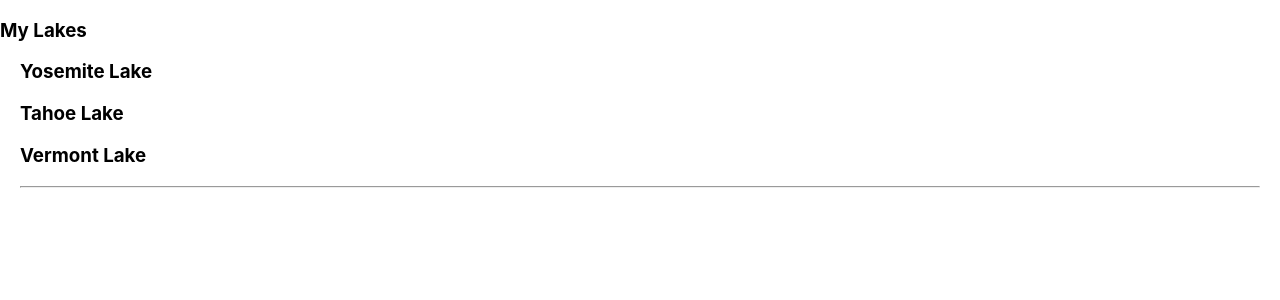
Repository: CaptainStorm21/intro-react-hooks
Page: /
These files come from the project's save history. The page is drawn as it stood at one moment and after the next save; the edit follows.
The browser window is 1280 px wide. The pictures show the whole page.
The project was rebuilt for these pictures with package versions that can differ from the ones it lists, and the page was loaded fresh each time.

Above is the page before, as saved 2020-05-25 22:10:29.

### src/index.js
import React from "react";
import ReactDOM from "react-dom";
import "./index.css";

const nationalPark = [
  "Yosemite",
  "Sequioa",
  "Montana"
];

function Lake({name}) {
  return <h3>{name}</h3>
}

function App() {
  return (
    <div>
      <h3>My Lakes</h3>
      <div className = "lakestyle">
      <Lake  name="Yosemite Lake" />
      <Lake name="Tahoe Lake" />
        <Lake name="Vermont Lake" />
        <hr></hr>
        <h3></h3>
      </div>
    </div>
  );
}



// function Hello({ library, message, books }) {
//   return (
//     <div>
//       <h1>Hello {library}</h1>
//       <h4>books avail to rent {books}</h4>
//       <h5>Hours: {message}</h5>
//     </div>
//   )
// }


// function Hello(props) {
//   console.log(props);
//   console.log(Object.keys(props));
//   return (
//     <div>
//       <h1>Hello from {props.library}</h1>
//       <h3>{props.message}</h3>
//       <h4> books available to rent - {props.books}</h4>
//       <h5>Props used - {Object.keys(props).length}</h5>
//     </div>
//   )
// }

// function Hello() {
//   return (
//     <div>
//       <p> rendering is happening </p>
//       <h1>Hello world!</h1>
//     </div>
//   )
// }
ReactDOM.render(
  //  React.createElement("h1", null, "Hello"),
  // React.createElement("h1", { style: { color: "red" } }, "Hello"),
  // React.createElement("div", { style: { color: "blue" } },
  // React.createElement("h1", null, "Morning")  ),
  // <ul>
  //   <li>Pizza</li>
  //   <li>Sushi</li>
  // </ul>,
  // /* <Hello></Hello>, */
  // <Hello library="Washington Library" message="Open for all " books={10}/>,
  <App lakes={nationalPark} />,
  document.getElementById("root")
);

### src/index.css
body {
  margin: 0;
  font-family: -apple-system, BlinkMacSystemFont, 'Segoe UI', 'Roboto', 'Oxygen',
    'Ubuntu', 'Cantarell', 'Fira Sans', 'Droid Sans', 'Helvetica Neue',
    sans-serif;
  -webkit-font-smoothing: antialiased;
  -moz-osx-font-smoothing: grayscale;
}

code {
  font-family: source-code-pro, Menlo, Monaco, Consolas, 'Courier New',
    monospace;
}

.lakestyle {
  padding-left: 20px;
  padding-right: 20px;
}

Loaded but not shown: public/index.html (common file)

After the next save:
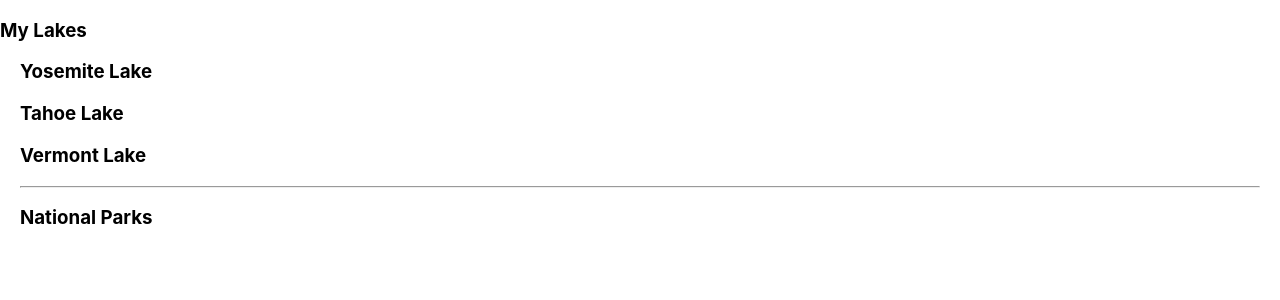
Saved 4 s later.
--- a/src/index.js
+++ b/src/index.js
@@ -21,7 +21,7 @@ function App() {
       <Lake name="Tahoe Lake" />
         <Lake name="Vermont Lake" />
         <hr></hr>
-        <h3></h3>
+        <h3>National Parks</h3>
       </div>
     </div>
   );
